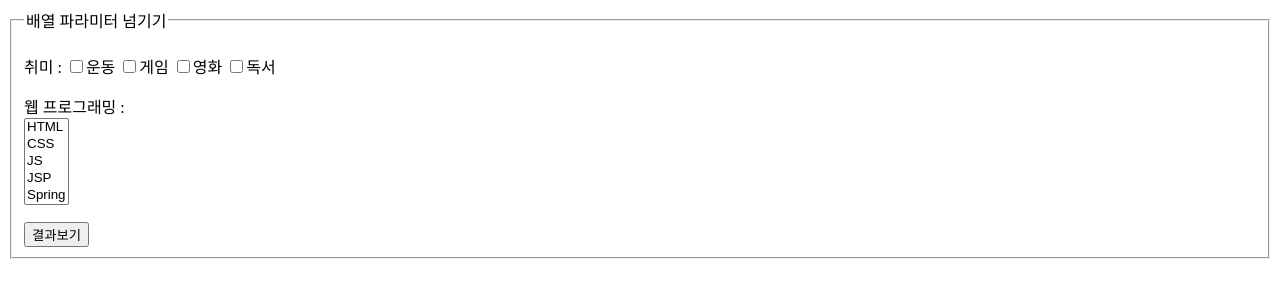
Repository: Kebiskim/2023_jspStudy
Page: 01_servlet/src/main/webapp/view/Ex09.html
An editor plug-in stored every save of this project. The page is shown before and after the next save, followed by the edit.
The browser window is 1280 px wide. The pictures show the whole page.

Above is the page before, as saved 2023-07-03 01:52:01.

### 01_servlet/src/main/webapp/view/Ex09.html
<!DOCTYPE html>
<html>
<head>
<meta charset="UTF-8">
<title>Insert title here</title>
<style type="text/css">

</style>
</head>
<body>
	<form action="/01_servlet_Ex09" method="post">
		<fieldset>
			<legend>배열 파라미터 넘기기</legend>
			<p>
				취미 :
				<input type="checkbox" name="hobby" value="운동">운동
				<input type="checkbox" name="hobby" value="게임">게임
				<input type="checkbox" name="hobby" value="영화">영화
				<input type="checkbox" name="hobby" value="독서">독서
			</p>
			<p>웹 프로그래밍 : <br>
				<select name="web" multiple size="5">
					<option>HTML</option>
					<option>CSS</option>
					<option>JS</option>
					<option>JSP</option>
					<option>Spring</option>
				</select>
			</p>
			<input type="submit" value="결과보기">
		</fieldset>
	</form>

</body>
</html>

After the next save:
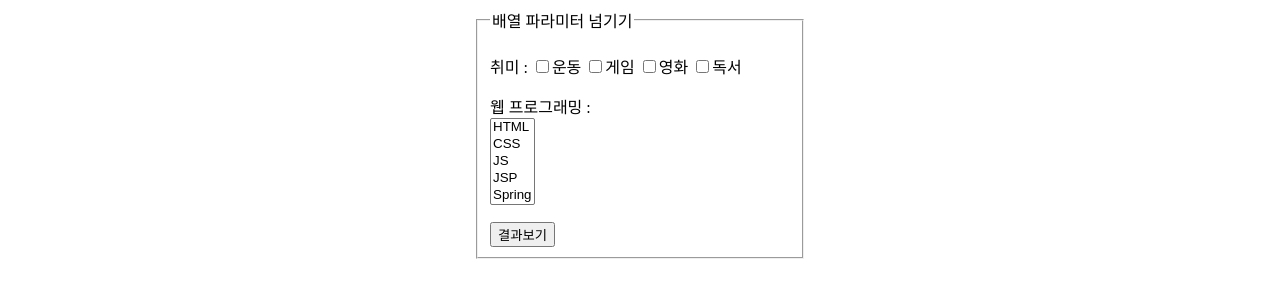
Saved 16 s later.
--- a/01_servlet/src/main/webapp/view/Ex09.html
+++ b/01_servlet/src/main/webapp/view/Ex09.html
@@ -4,7 +4,10 @@
 <meta charset="UTF-8">
 <title>Insert title here</title>
 <style type="text/css">
-
+	fieldset{
+		width: 300px;
+		margin: 0 auto;
+	}
 </style>
 </head>
 <body>
